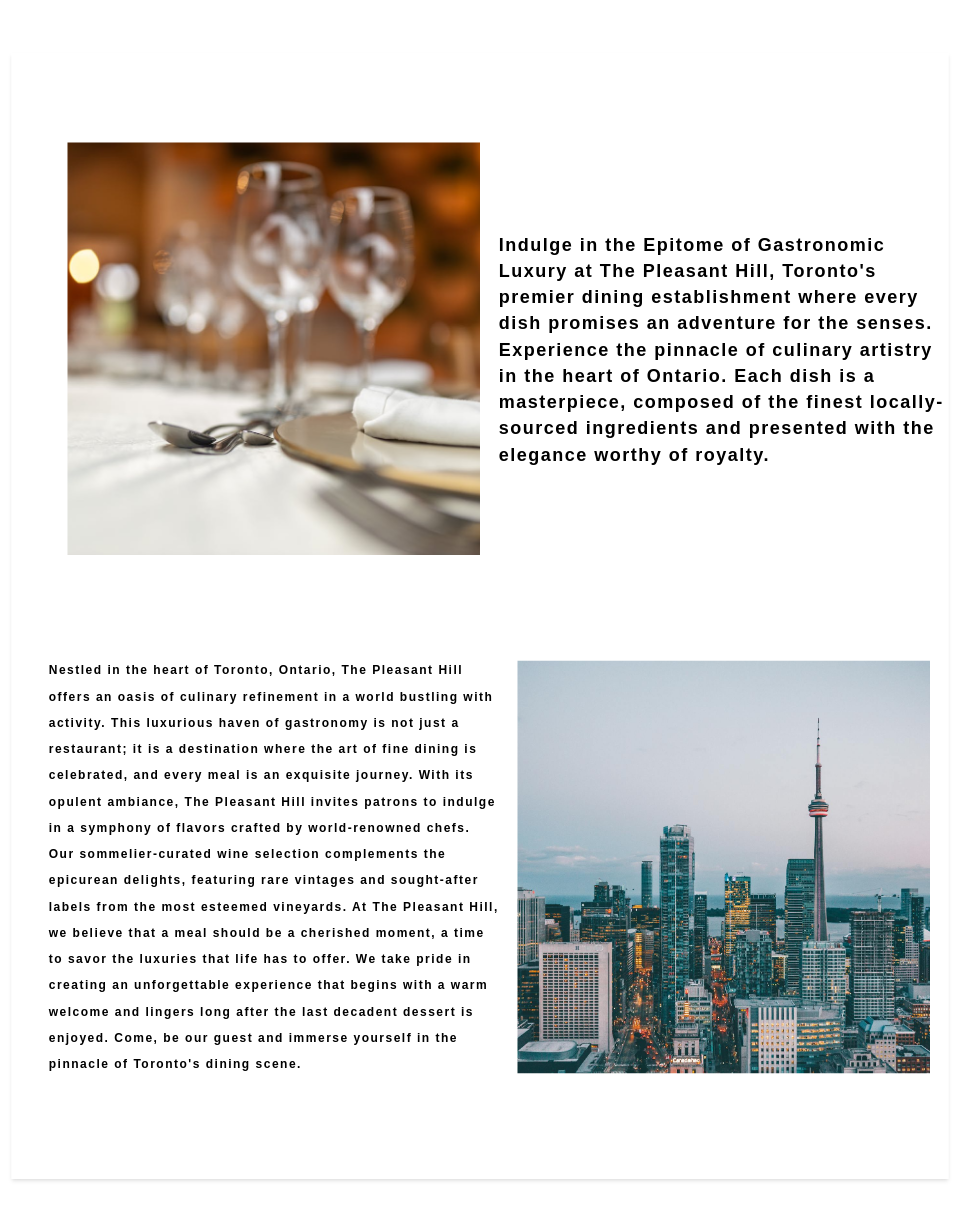
Repository: shayanabedi98/pleasant-hill-restaurant
Page: /
These files come from the project's save history. The page is drawn as it stood at one moment and after the next save; the edit follows.
The browser window is 1280 px wide. The page is 1290 px wide, so the pictures cover 1290 px, including what lies to the right of the window. The pictures show the part of the page from y = 980 to 2622 px (the page is 2622 px tall), at 75% of full size.
Backgrounds fixed to the window are drawn as part of the page. Some web fonts or font styles are not loaded; a fallback is used. The project was rebuilt for these pictures with package versions that can differ from the ones it lists, and the page was loaded fresh each time. Also part of the build but not shown: vite.config.js, src/components/Contact.jsx, src/components/MenuList.jsx, src/components/Appetizers.jsx, src/components/Entrees.jsx, src/components/Desserts.jsx, src/components/Drinks.jsx, src/components/Menu.jsx and 1 more.

Above is the page before, as saved 2023-12-27 19:04:44.

### index.html
<!doctype html>
<html lang="en">
  <head>
    <meta charset="UTF-8" />
    <link rel="icon" type="image/svg+xml" href="/vite.svg" />
    <meta name="viewport" content="width=device-width, initial-scale=1.0" />
    <link rel="preconnect" href="https://fonts.googleapis.com">
    <link rel="preconnect" href="https://fonts.gstatic.com" crossorigin>
    <link href="https://fonts.googleapis.com/css2?family=Italiana&display=swap" rel="stylesheet">
    <title></title>
  </head>
  <body>
    <div id="root"></div>
    <script type="module" src="/src/main.jsx"></script>
  </body>
</html>

### src/App.jsx
import { useState } from "react";
import Contact from "./components/Contact";
import Home from "./components/Home";
import Menu from "./components/Menu";
import Navbar from "./components/Navbar";
import "./App.css";

function App() {
  const [activeDiv, setActiveDiv] = useState({
    home: true,
    menu: false,
    contact: false,
  });

  const renderDiv = (clickedItem) => {
    setActiveDiv({
      home: clickedItem === 'home',
      menu: clickedItem === 'menu',
      contact: clickedItem === 'contact'
    })
  }

  return (
    <>
      <Navbar onClick={renderDiv} />
      {activeDiv.home && <Home />}
      {activeDiv.menu && <Menu />}
      {activeDiv.contact && <Contact />}
    </>
  );
}

export default App;

### src/components/Home.jsx
import React from 'react'
import aboutImg from '../assets/about.jpg'
import toronto from '../assets/toronto.jpg'
import '../assets/banner.jpg'

const Home = () => {
  return (
    <div className='home'>
      <div className='banner-content'>
        <h1>Dine in luxury at The Pleasant Hill</h1>
        <div className='banner-buttons'>
          <button>View Menu</button>
          <button>Book Reservation</button>
        </div>
      </div>
      <div className="about">
        <div className='about1'>
          <img src={aboutImg} alt="zoomed in picture of a dining table with utensils" />
          <h2>Indulge in the Epitome of Gastronomic Luxury at The Pleasant Hill, Toronto's premier dining establishment where every dish promises an adventure for the senses. Experience the pinnacle of culinary artistry in the heart of Ontario. Each dish is a masterpiece, composed of the finest locally-sourced ingredients and presented with the elegance worthy of royalty.</h2>
        </div>

        <div className="about2">
          <p>Nestled in the heart of Toronto, Ontario, The Pleasant Hill offers an oasis of culinary refinement in a world bustling with activity. This luxurious haven of gastronomy is not just a restaurant; it is a destination where the art of fine dining is celebrated, and every meal is an exquisite journey. With its opulent ambiance, The Pleasant Hill invites patrons to indulge in a symphony of flavors crafted by world-renowned chefs. Our sommelier-curated wine selection complements the epicurean delights, featuring rare vintages and sought-after labels from the most esteemed vineyards. At The Pleasant Hill, we believe that a meal should be a cherished moment, a time to savor the luxuries that life has to offer. We take pride in creating an unforgettable experience that begins with a warm welcome and lingers long after the last decadent dessert is enjoyed. Come, be our guest and immerse yourself in the pinnacle of Toronto's dining scene.</p>
          <img src={toronto} alt="Toronto skyline" />
        </div>
      </div>
    </div>
  )
}

export default Home

### src/components/Navbar.jsx
import React from "react";
import logo from "../assets/logo2.png";

const Navbar = ({ onClick }) => {
  return (
    <div className="navbar">
      <img src={logo} alt="" />
      <ul>
        <li onClick={() => onClick("home")}>Home</li>
        <li onClick={() => onClick("menu")}>Menu</li>
        <li onClick={() => onClick("contact")}>Contact</li>
      </ul>
    </div>
  );
};

export default Navbar;

### src/App.css


* {
  font-family: 'Italiana', sans-serif;
  font-weight: 600;
  letter-spacing: 2px;
}

body {
  padding: 0px;
  margin: 0px;
}

.contact, .menu {
  margin-top: 180px;
}

.navbar {
  background-color: black;
  display: grid;
  grid-template-columns: 1fr 1fr;
  place-items: center;
  align-content: center;
  height: 120px;
  box-shadow: rgba(0, 0, 0, 0.24) 0px 3px 8px;
  z-index: 2;
  position: fixed;
  width: 100%;
  top: 0;
}

.navbar ul li {
  list-style: none;
  font-size: 24px;
  text-align: center;
  color: rgb(245, 245, 232);
  background-color: black;
}

.navbar ul {
  display: grid;
  width: 70%;
  grid-template-columns: 1fr 1fr 1fr;
  padding: 0px;
  margin: 0px;

}

.navbar ul li:hover {
  cursor: pointer;
  background-color: #aa9c66;
}

.banner-content {
  background: url('./assets/banner.jpg');
  background-attachment: fixed;
  height: 980px;
  display: grid;
  place-items: center;
}

.banner-content h1 {
  position: relative;
  top: 200px;
  font-size: 70px;
  color: #ffffff;
}

.banner-buttons {
  position: relative;
  top: -150px;
  display: grid;
  grid-template-columns: 1fr 1fr;
  gap: 50px;
}

.banner-buttons button {
  width: 170px;
  height: 70px;
  font-size: 20px;
  border: none;
  background-color: #aa9c66;
  color: #ffffff;
  cursor: pointer;
  box-shadow: rgba(50, 50, 93, 0.25) 0px 13px 27px -5px, rgba(0, 0, 0, 0.3) 0px 8px 16px -8px;
}

.about {
  box-shadow: rgba(0, 0, 0, 0.1) 0px 4px 6px -1px, rgba(0, 0, 0, 0.06) 0px 2px 4px -1px;
  width: 1200px;
  margin: 70px auto;
  padding: 25px;
  text-align: start;
  background-color: #ffffff;
}

.about1, .about2 {
  display: grid;
  grid-template-columns: 1fr 1fr;
  place-items: center;
  width: 1200px;
  margin: 70px auto;
  padding: 25px;
  line-height: 35px;
}

.about img {
  height: 550px;
  width: 550px;
  object-fit: cover;
}

.card-container {
  display: grid;
  gap: 20px;
  grid-template-columns: repeat(3, 1fr);
  place-items: center;
  color: #aa9c66;
  width: 1200px;
  margin: auto;
}

.menu-imgs {
  width: 300px;
  margin: 30px 30px 30px 30px;
  border-radius: 5%;
}

.menu-desc {
  text-align: center;
  font-weight: 600;
  padding-left: 20px;
  padding-right: 20px
}

.menu-names {
  font-size: 25px;
  text-decoration: underline;
  color: rgb(158, 152, 96);
}

.card {
  width: 370px;
  min-height: 400px;
  cursor: pointer;
  box-shadow: 0 13px 27px -5px hsla(240, 30.1%, 28%, 0.25), 0 8px 16px -8px hsla(0, 0%, 0%, 0.3), 0 -6px 16px -6px hsla(0, 0%, 0%, 0.03);
  transition: all ease 200ms;
  display: grid;
  place-items: center;
  grid-template-rows: 1fr 0.3fr 0.3fr;
  background-color: black;
  border-radius: 1rem;
  overflow: hidden;

}

.card:hover {
  cursor: pointer;
  transform: scale(1.03);
  box-shadow: 0 13px 40px -5px hsla(240, 30.1%, 28%, 0.12), 0 8px 32px -8px hsla(0, 0%, 0%, 0.14), 0 -6px 32px -6px hsla(0, 0%, 0%, 0.02);
}


.menu-desc, .menu-names {
  background-color: black;
}

.menu h2 {
  text-align: center;
  font-size: 35px;
  margin: 60px 0 60px 0;

}

.menu h1 {
  text-align: center;
  font-size: 40px;

}

.menu-top-p {
  text-align: center;
  font-size: 23px;
  width: 1200px;
  margin: 70px auto;
}


.contact h1 {
  text-align: center;
  width: 1200px;
  font-size: 45px;
  margin: 70px auto;
  text-decoration: underline;

}

.contact h2 {
  text-align: center;
  margin: 1px auto;
  width: 1200px;
}

.contact h3 {
  text-align: center;
  margin: 40px auto;
}

.iframe-div {
  margin: 50px auto;
  display: flex;
  justify-content: center;
  align-items: center;
}

Loaded but not shown: src/main.jsx (common file)

After the next save:
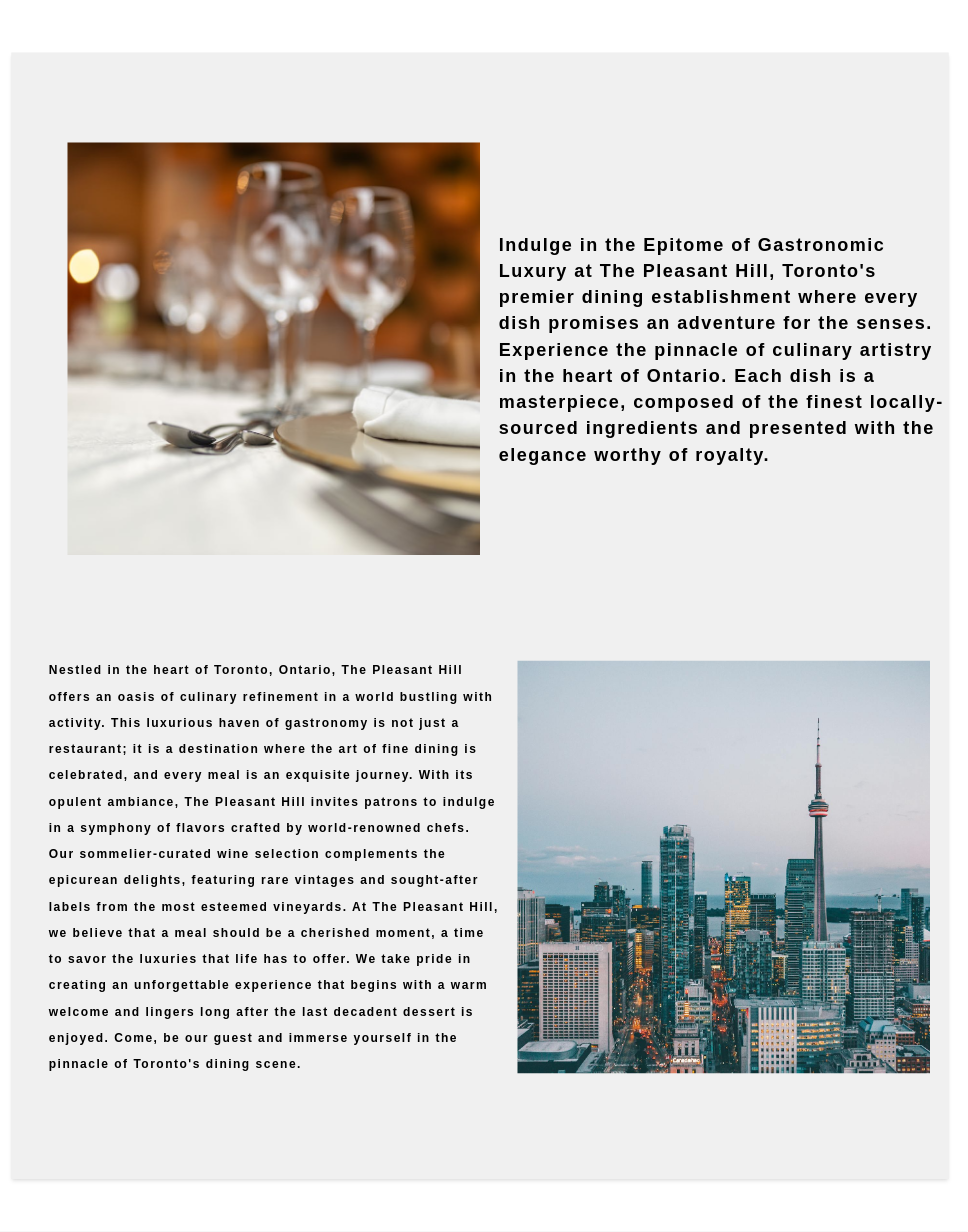
Saved 11 s later.
--- a/src/App.css
+++ b/src/App.css
@@ -91,7 +91,7 @@ body {
   margin: 70px auto;
   padding: 25px;
   text-align: start;
-  background-color: #ffffff;
+  background-color: #f0f0f0;
 }
 
 .about1, .about2 {
